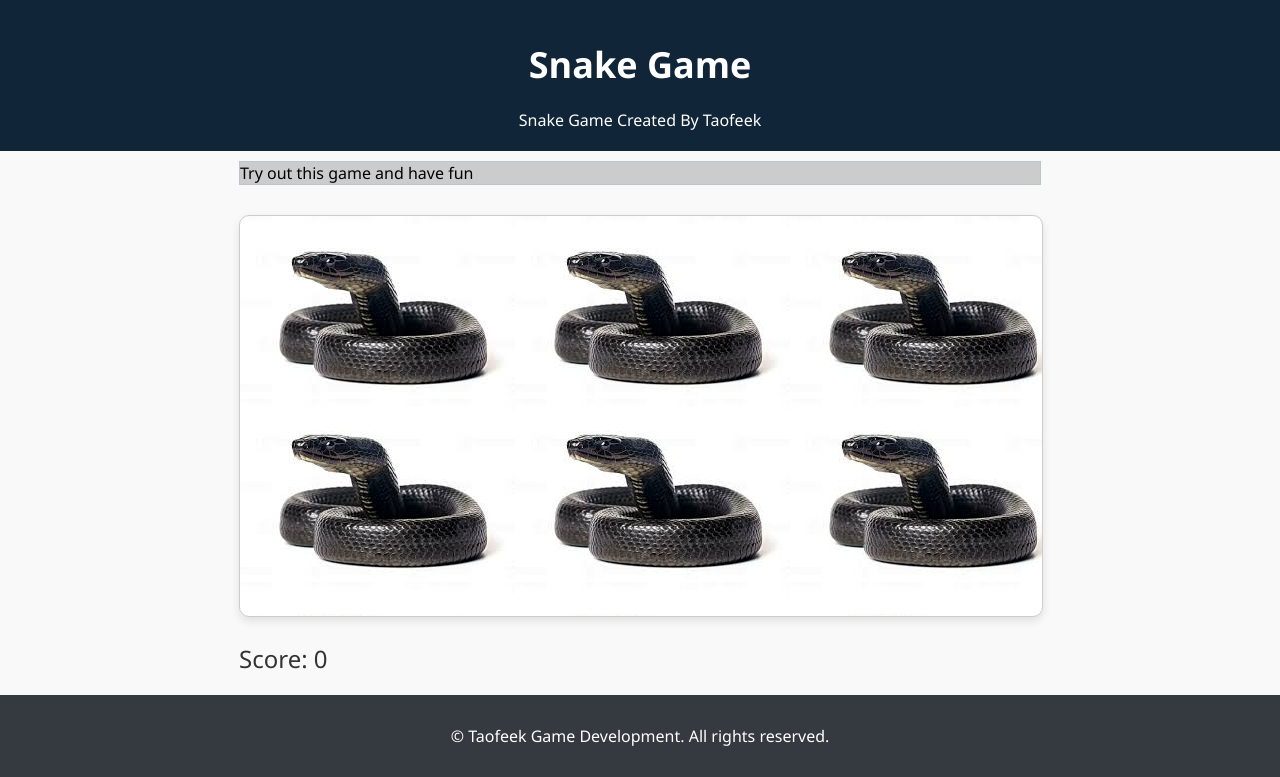
Repository: Taofeekolusola/Landing-page
Page: index.html
The author's editor kept a copy of each file at every save. The page is drawn from the files as they stood at one save, then again after a run of saves.
The browser window is 1280 px wide. The pictures show the whole page.

Above is the page before, as saved 2024-05-06 18:40:56.
Not found: script.js

### index.html
<!DOCTYPE html>
<html lang="en">
<head>
    <meta charset="UTF-8">
    <meta name="viewport" content="width=device-width, initial-scale=1.0">
    <title>Snake Game</title>
    <link rel="stylesheet" href="styles.css">
</head>
<body>
    <header>
        <div class="container">
            <h1>Snake Game</h1>
        </div>
        <div class="name">Snake Game Created By Taofeek</div>
    </header>
    <main>
        <div>
            <div class="text">Try out this game and have fun</div>
            <canvas class="snake"></canvas>
            <div id="score">Score: 0</div>
        </div>
    </main>
    <footer>
        <div class="container">
            <p>&copy; Taofeek Game Development. All rights reserved.</p>
        </div>
    </footer>
    <script src="script.js"></script>
</body>
</html>

### styles.css
body {
    font-family: 'Segoe UI', Tahoma, Geneva, Verdana, sans-serif;
    margin: 0;
    padding: 0;
    display: flex;
    flex-direction: column;
    min-height: 100vh;
    background-color: #f9f9f9;
}

.container {
    width: 80%;
    max-width: 800px;
    margin: 0 auto;
    padding: 20px;
}

header {
    background-color: #112538;
    color: #fff;
    text-align: center;
    padding: 20px 0;
}

header h1 {
    font-size: 36px;
    margin: 0;
}

.snake {
    height: 400px;
    width: 100%;
    margin-top: 20px;
    background-image: url('image.jpg');
}

.text {
    margin: 10px 0px;
    border: 1px solid #bcc4cc;
    background-color: #ccc;
}

main {
    flex-grow: 1;
    display: flex;
    justify-content: center;
    align-items: center;
}

canvas {
    border: 1px solid #ccc;
    border-radius: 10px;
    box-shadow: 0 4px 8px rgba(0, 0, 0, 0.1);
}

#score {
    margin-top: 20px;
    font-size: 24px;
    color: #333;
}

footer {
    background-color: #343a40;
    color: #fff;
    text-align: center;
    padding: 10px 0;
    margin-top: 20px;
}

footer p {
    margin: 0;
}

After the next 2 saves:
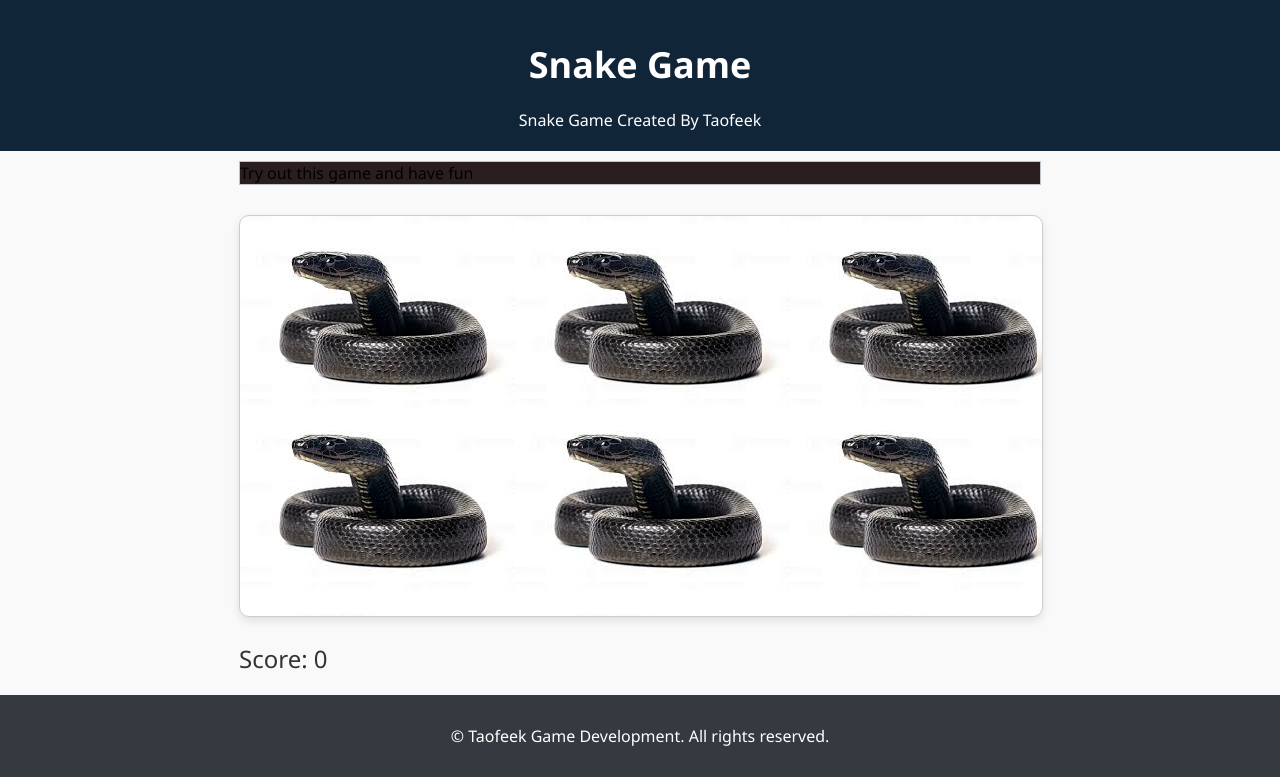
The 2 saves are shown as one change because they came seconds apart.
The last was saved 9 s later.
--- a/styles.css
+++ b/styles.css
@@ -37,7 +37,7 @@ header h1 {
 .text {
     margin: 10px 0px;
     border: 1px solid #bcc4cc;
-    background-color: #ccc;
+    background-color: #2b1e1e;
 }
 
 main {
